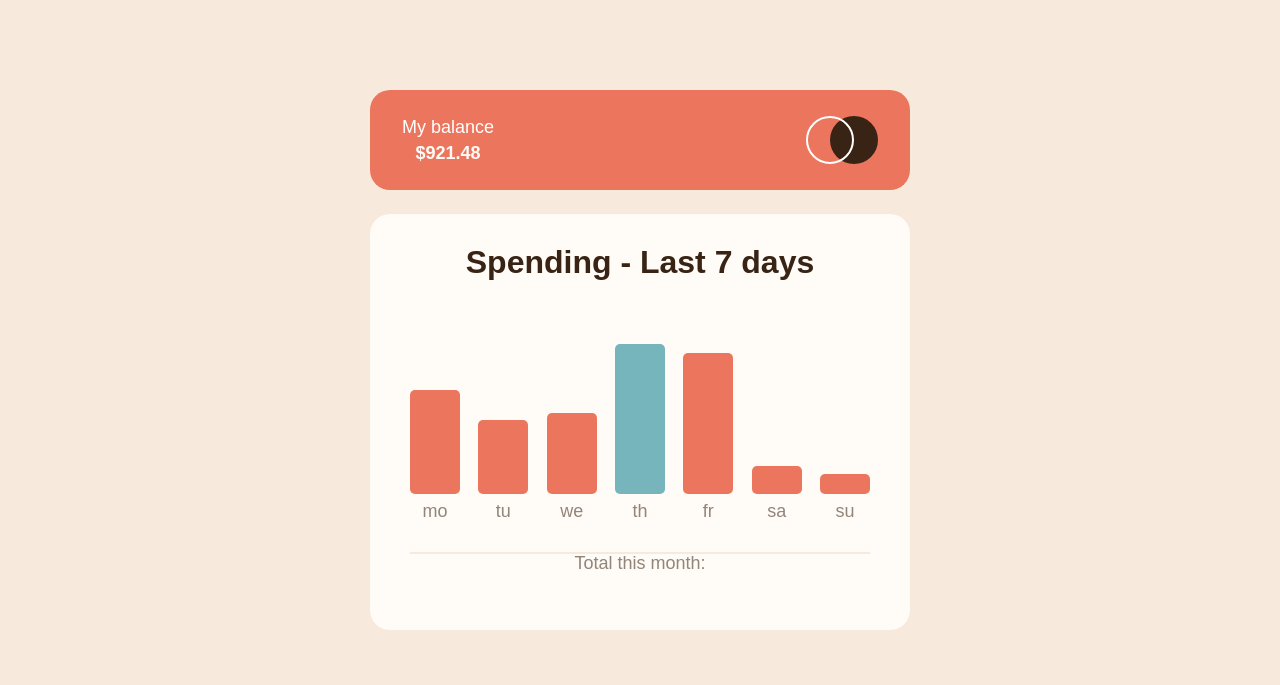
Repository: usmanov16/6-oy-2-dars-
Page: /
The author's editor kept a copy of each file at every save. The page is drawn from the files as they stood at one save, then again after the next save.
The browser window is 1280 px wide. The pictures show the whole page.
The project was rebuilt for these pictures with package versions that can differ from the ones it lists, and the page was loaded fresh each time. Also part of the build but not shown: vite.config.js.

Above is the page before, as saved 2025-08-28 19:00:50.

### index.html
<!doctype html>
<html lang="en">
  <head>
    <meta charset="UTF-8" />
    <link rel="icon" type="image/svg+xml" href="/vite.svg" />
    <meta name="viewport" content="width=device-width, initial-scale=1.0" />
    <title>Vite + React</title>
    <link rel="stylesheet" href="./src/index.css">
  </head>
  <body>
    <div id="root"></div>
    <script type="module" src="/src/main.jsx"></script>
  </body>
</html>

### src/index.css
@import "tailwindcss";

@theme {
  --color-red: #ec755d;
  --color-cream: #f8e9dd;
  --color-card-white: #fffbf6;
  --color-white: #ffffff;
  --color-cyan: #76b5bc;
  --color-medium-brown: #92857a;
  --color-dark-brown: #382314;

  /* font */
  --default-font-family: "DM Sans Variable", sans-serif;
}

@layer base {
  body {
    @apply text-lg text-medium-brown font-normal leading-[1] bg-cream flex items-center justify-center min-h-screen;
  }
}

@layer components {
  .chart-item span {
    display: none;
  }

  .chart-item:hover span {
    display: block;
  }
}

### src/main.jsx

import "./index.css";
// Supports weights 100-900
import '@fontsource-variable/dm-sans';
import { createRoot } from "react-dom/client";
import App from "./App";

createRoot(document.getElementById("root")).render(<App />);

### src/App.jsx

import './App.css'
import React from 'react'
import Card from './components/Card'
import CardTop from './components/CardTop'
import CardBottom from './components/CardBottom'

function App() {
  return (
    <div>
      <Card/>

    </div>
  )
}

export default App

### src/components/Card.jsx

import React from 'react'
import CardTop from './CardTop'
import CardBottom from './CardBottom'

function Card() {
  return (
    <div className='w-[540px] flex flex-col  gap-6'>
        <CardTop/>
        <CardBottom/>
    </div>
  )
}

export default Card

### src/components/CardTop.jsx
import React from 'react'

function CardTop() {
  return (
    <div className='flex items-center justify-between px-8 py-6.5 bg-red rounded-[20px]'>
        <div className='flex flex-col gap-2'>
            <span className='text-white'>My balance</span>
            <span className='font-bold text-card-white text[2rem]'>$921.48</span>
        </div>
        <img src="./rounded.svg" alt="" width={72} height={48} />
    </div>
  )
}

export default CardTop

### src/components/CardBottom.jsx
import React from 'react'

const chartData = [
  {
    id: 1,
    weekdays: "mo",
    value: 56
  },
  {
    id: 2,
    weekdays: "tu",
    value: 40
  },
  {
    id: 3,
    weekdays: "we",
    value: 44
  },
  {
    id: 4,
    weekdays: "th",
    value: 81
  },
  {
    id: 5,
    weekdays: "fr",
    value: 76
  },
  {
    id: 6,
    weekdays: "sa",
    value: 15
  },
  {
    id: 7,
    weekdays: "su",
    value: 11
  }

]

function CardBottom() {
  const [maxChart] = [...chartData].sort((a, b) => {
    return b.value - a.value
  })

  function chartHeight(h) {
    let {value} = maxChart;

    return `${((h  * 100) / value).toFixed(1)}% `
    // return "h-[150px]"
  }

  const total = chartData.reduce((acc, cur) => acc + cur.value, 0)


  return (
    <div className='bg-card-white pt-8 p-10 rounded-[1.25rem]'>
      <h1 className='text-dark-brown font-bold text-[2rem] mb-[66px] '>Spending - Last 7 days</h1>
      <ul className=' w-full flex justify-between gap-2 '>
        {chartData.map((ch) => {

         return (
          <li className='w-[3.125rem] text-center flex flex-col gap-2' key={ch.id}>

          <div className='h-[150px] flex items-end relative'>

            <div style={{height: chartHeight(ch.value) }}
             className={`chart-item rounded-[5px] w-full  ${
              ch.value == maxChart.value ? "bg-cyan" : "bg-red"
            } relative ` }>
              <span className='absolute -top-2 left-[50%] -translate-x-[50%] -translate-y-[100%]'>${ch.value}</span>
            </div>
          </div>
          <span className='w-full mb-8'>{ch.weekdays}</span>
        </li>
         )
        })}
      </ul>
      {/* <span className='w-[460px] h-0.5 bg-card-white'></span> */}
      <div className='flex flex-col'>
      <span className="bg-cream w-[460px] h-0.5 mb"></span>
      <span className="text-medium-brown font-normal leading-[1] ">Total this month:</span>
      <br />
      </div>
    </div>
  )
}

export default CardBottom

Loaded but not shown: src/App.css (common file)

After the next save:
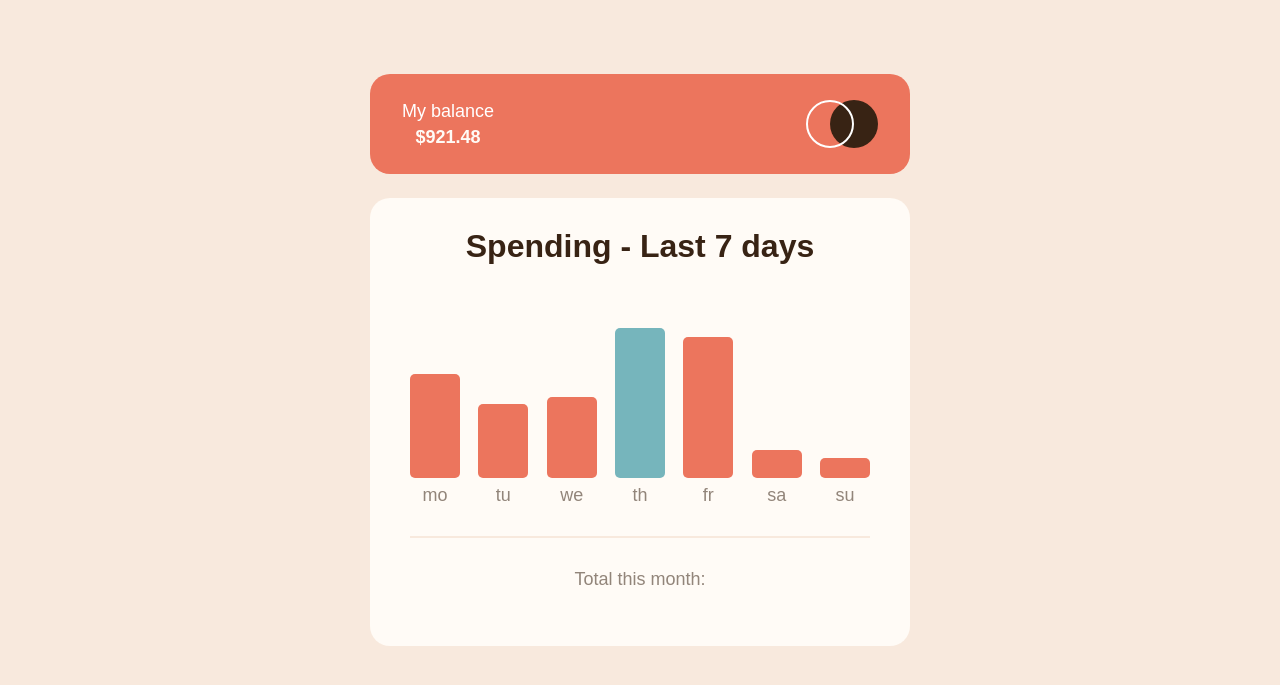
Saved 10 s later.
--- a/src/components/CardBottom.jsx
+++ b/src/components/CardBottom.jsx
@@ -79,7 +79,7 @@ function CardBottom() {
       </ul>
       {/* <span className='w-[460px] h-0.5 bg-card-white'></span> */}
       <div className='flex flex-col'>
-      <span className="bg-cream w-[460px] h-0.5 mb"></span>
+      <span className="bg-cream w-[460px] h-0.5 mb-8"></span>
       <span className="text-medium-brown font-normal leading-[1] ">Total this month:</span>
       <br />
       </div>
